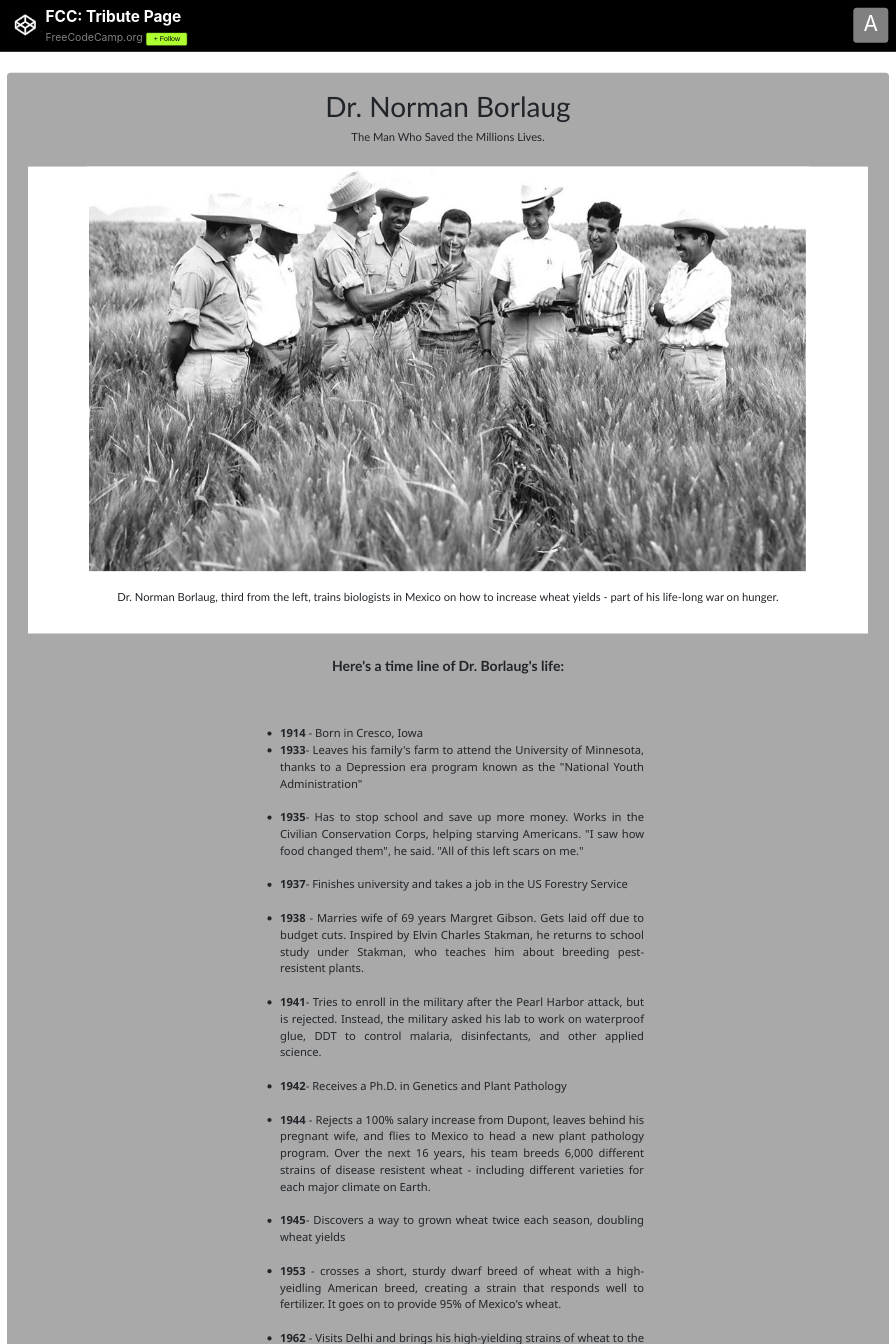
Repository: AbdulWahabRaza123/tributePage
Page: index.html
These files come from the project's save history. The page is drawn as it stood at one moment and after the next save; the edit follows.
The browser window is 1280 px wide. The pictures show the part of the page from y = 0 to 1920 px (the page is 2747 px tall), at 70% of full size.

Above is the page before, as saved 2021-09-02 17:24:47.

### index.html
<!doctype html>
<html lang="en">

<head>
    <!-- Required meta tags -->
    <meta charset="utf-8">
    <meta name="viewport" content="width=device-width, initial-scale=1, shrink-to-fit=no">

    <!-- Bootstrap CSS -->
    <link rel="stylesheet" href="https://cdn.jsdelivr.net/npm/bootstrap@4.6.0/dist/css/bootstrap.min.css" integrity="sha384-B0vP5xmATw1+K9KRQjQERJvTumQW0nPEzvF6L/Z6nronJ3oUOFUFpCjEUQouq2+l" crossorigin="anonymous">

    <title>FCC: Tribute Page</title>
    <link rel="stylesheet" href="new.css">
</head>

<body>
    <header id="Nav">
        <div class="A-Button">
            <center><a href="#" id="A-Link">A</a></center>
        </div>
        <img id="image" src="logo.PNG " alt="Logo " width:4px height:4px>
        <div class="Web-Name">
            <b>FCC: Tribute Page</b>
        </div>

        <a href="#" id="Web-Link">FreeCodeCamp.org</a>
        <button id="follow-button">+ Follow</button>

    </header>
    <main id="main">
        <br>
        <h1 id="title">Dr. Norman Borlaug</h1>
        The Man Who Saved the Millions Lives.

        <div id="img-div">
            <img div="image2" src="img.PNG" alt="Picture">
            <p div="img-caption"><br>Dr. Norman Borlaug, third from the left, trains biologists in Mexico on how to increase wheat yields - part of his life-long war on hunger.</p><br>
        </div>
        <div id="tribute-info">
            <b id="Heading">Here's a time line of Dr. Borlaug's life:</b>
            <ul id="Lists">
                <li><strong>1914</strong> - Born in Cresco, Iowa</li>
                <li><strong>1933</strong>- Leaves his family's farm to attend the University of Minnesota, thanks to a Depression era program known as the "National Youth Administration"</li>
                <br>
                <li><strong>1935</strong>- Has to stop school and save up more money. Works in the Civilian Conservation Corps, helping starving Americans. "I saw how food changed them", he said. "All of this left scars on me."</li>
                <br>
                <li><strong>1937</strong>- Finishes university and takes a job in the US Forestry Service</li>
                <br>
                <li><strong>1938</strong> - Marries wife of 69 years Margret Gibson. Gets laid off due to budget cuts. Inspired by Elvin Charles Stakman, he returns to school study under Stakman, who teaches him about breeding pest-resistent plants.</li>
                <br>
                <li><strong>1941</strong>- Tries to enroll in the military after the Pearl Harbor attack, but is rejected. Instead, the military asked his lab to work on waterproof glue, DDT to control malaria, disinfectants, and other applied science.</li>
                <br>
                <li><strong>1942</strong>- Receives a Ph.D. in Genetics and Plant Pathology</li>
                <br>
                <li><strong>1944 </strong> - Rejects a 100% salary increase from Dupont, leaves behind his pregnant wife, and flies to Mexico to head a new plant pathology program. Over the next 16 years, his team breeds 6,000 different strains of disease
                    resistent wheat - including different varieties for each major climate on Earth.</li>
                <br>
                <li><strong>1945</strong>- Discovers a way to grown wheat twice each season, doubling wheat yields</li>
                <br>
                <li><strong>1953</strong> - crosses a short, sturdy dwarf breed of wheat with a high-yeidling American breed, creating a strain that responds well to fertilizer. It goes on to provide 95% of Mexico's wheat.</li>
                <br>
                <li><strong>1962</strong> - Visits Delhi and brings his high-yielding strains of wheat to the Indian subcontinent in time to help mitigate mass starvation due to a rapidly expanding population</li>
                <br>
                <li><strong>1970 </strong>- receives the Nobel Peace Prize
                </li>
                <br>
                <li><strong>1983</strong>- helps seven African countries dramatically increase their maize and sorghum yields</li>
                <br>
                <li><strong>1984</strong>- becomes a distinguished professor at Texas A&M University</li>
                <br>
                <li><strong>2005</strong>- states "we will have to double the world food supply by 2050." Argues that genetically modified crops are the only way we can meet the demand, as we run out of arable land. Says that GM crops are not inherently dangerous
                    because "we've been genetically modifying plants and animals for a long time. Long before we called it science, people were selecting the best breeds."</li>
                <br>
                <li><strong>2009</strong>- dies at the age of 95. </ul>
            </li><br><i>
                    <p id="Note"> "Borlaug's life and achievement are testimony to the far-reaching contribution that one man's towering intellect, persistence and scientific vision can make to human peace and progress."<br><br> -- Indian Prime Minister Manmohan Singh
                    </p></i>
        </div><br><br>
        <h5><b>If you have time, you should read more about this incredible human being on his <a href="#">Wikipedia Entry</a></b>
        </h5><br>

    </main>
    <br><br>
    <!-- Optional JavaScript; choose one of the two! -->

    <!-- Option 1: jQuery and Bootstrap Bundle (includes Popper) -->
    <script src="https://code.jquery.com/jquery-3.5.1.slim.min.js " integrity="sha384-DfXdz2htPH0lsSSs5nCTpuj/zy4C+OGpamoFVy38MVBnE+IbbVYUew+OrCXaRkfj " crossorigin="anonymous "></script>
    <script src="https://cdn.jsdelivr.net/npm/bootstrap@4.6.0/dist/js/bootstrap.bundle.min.js " integrity="sha384-Piv4xVNRyMGpqkS2by6br4gNJ7DXjqk09RmUpJ8jgGtD7zP9yug3goQfGII0yAns " crossorigin="anonymous "></script>

    <!-- Option 2: Separate Popper and Bootstrap JS -->
    <!--
    <script src="https://code.jquery.com/jquery-3.5.1.slim.min.js " integrity="sha384-DfXdz2htPH0lsSSs5nCTpuj/zy4C+OGpamoFVy38MVBnE+IbbVYUew+OrCXaRkfj " crossorigin="anonymous "></script>
    <script src="https://cdn.jsdelivr.net/npm/popper.js@1.16.1/dist/umd/popper.min.js " integrity="sha384-9/reFTGAW83EW2RDu2S0VKaIzap3H66lZH81PoYlFhbGU+6BZp6G7niu735Sk7lN " crossorigin="anonymous "></script>
    <script src="https://cdn.jsdelivr.net/npm/bootstrap@4.6.0/dist/js/bootstrap.min.js " integrity="sha384-+YQ4JLhjyBLPDQt//I+STsc9iw4uQqACwlvpslubQzn4u2UU2UFM80nGisd026JF " crossorigin="anonymous "></script>
    -->
</body>

</html>

### new.css
header {
    background-color: black;
    padding: 8px;
    margin-bottom: 30px;
}

#image {
    float: left;
    margin-top: 8px;
}

.Web-Name {
    color: white;
    font-size: 22px;
    margin: 0px;
}

#Web-Link {
    color: white;
    opacity: 0.5;
    margin: 0px;
    font-size: 15px;
}

#Web-Link:hover {
    text-decoration: none;
    opacity: 1;
}

#follow-button {
    color: black;
    font-family: "Helvetica";
    font-size: 10px;
    background-color: greenyellow;
    border: 1px solid;
    border-color: black;
    border-radius: 3px;
    width: 60px;
    height: 20px;
    top: 50px;
    left: 50px;
    cursor: hand;
}

.A-Button {
    width: 50px;
    height: 50px;
    background-color: grey;
    float: right;
    font-size: 30px;
    border: 5px white;
    border-radius: 5px;
    margin: 3px;
}

#A-Link {
    text-decoration: none;
    color: white;
}

#A-Link:hover {
    text-decoration: none;
    color: black;
}

#main {
    background-color: darkgrey;
    margin: 10px;
    border: 5px black;
    border-radius: 5px;
    text-align: center;
    font-family: 'Gill Sans', 'Gill Sans MT', Calibri, 'Trebuchet MS', sans-serif;
}

#img-div {
    margin: 30px;
    background-color: white;
}

#image {
    margin: 5px;
}

#img-caption {
    padding-bottom: 20px;
}

#Heading {
    font-size: 20px;
    margin: 50px;
}

#Lists {
    text-align: justify;
    margin: 70px;
    margin-left: 350px;
    margin-right: 350px;
    line-height: 1.5;
    font-family: 'Segoe UI', Tahoma, Geneva, Verdana, sans-serif;
}

#Note {
    margin-left: 27%;
    margin-right: 30%;
    text-align: justify;
}

@media (min-width: 576px) {
    #image2 {
        width: 576px;
    }
}

@media (min-width: 768px) {
    #image2 {
        width: 768px;
    }
}

@media (min-width: 992px) {
    #image2 {
        width: 992px;
    }
}

After the next save:
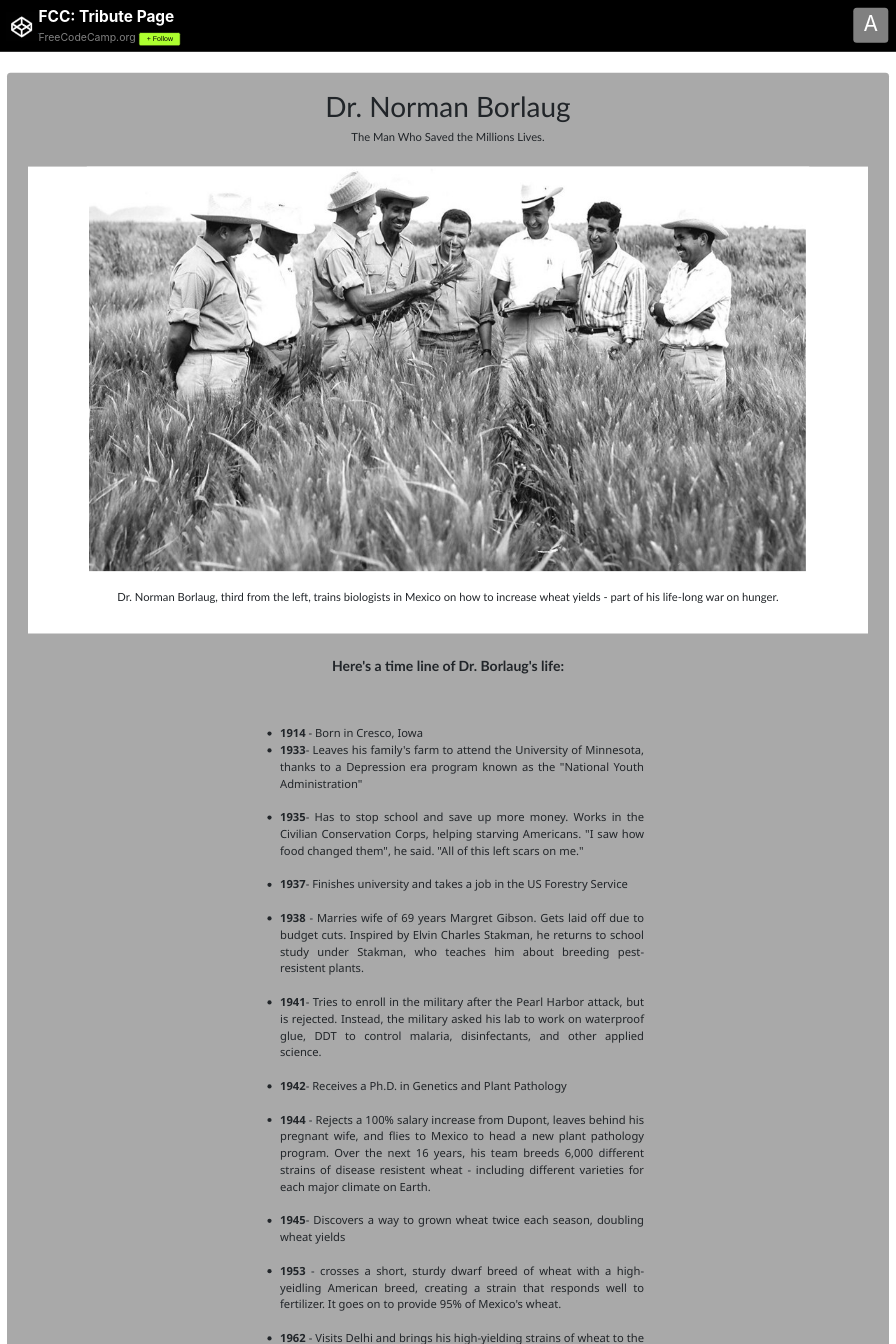
Saved 46 s later.
--- a/new.css
+++ b/new.css
@@ -77,7 +77,7 @@
     background-color: white;
 }
 
-#image {
+#image2 {
     margin: 5px;
 }
 
